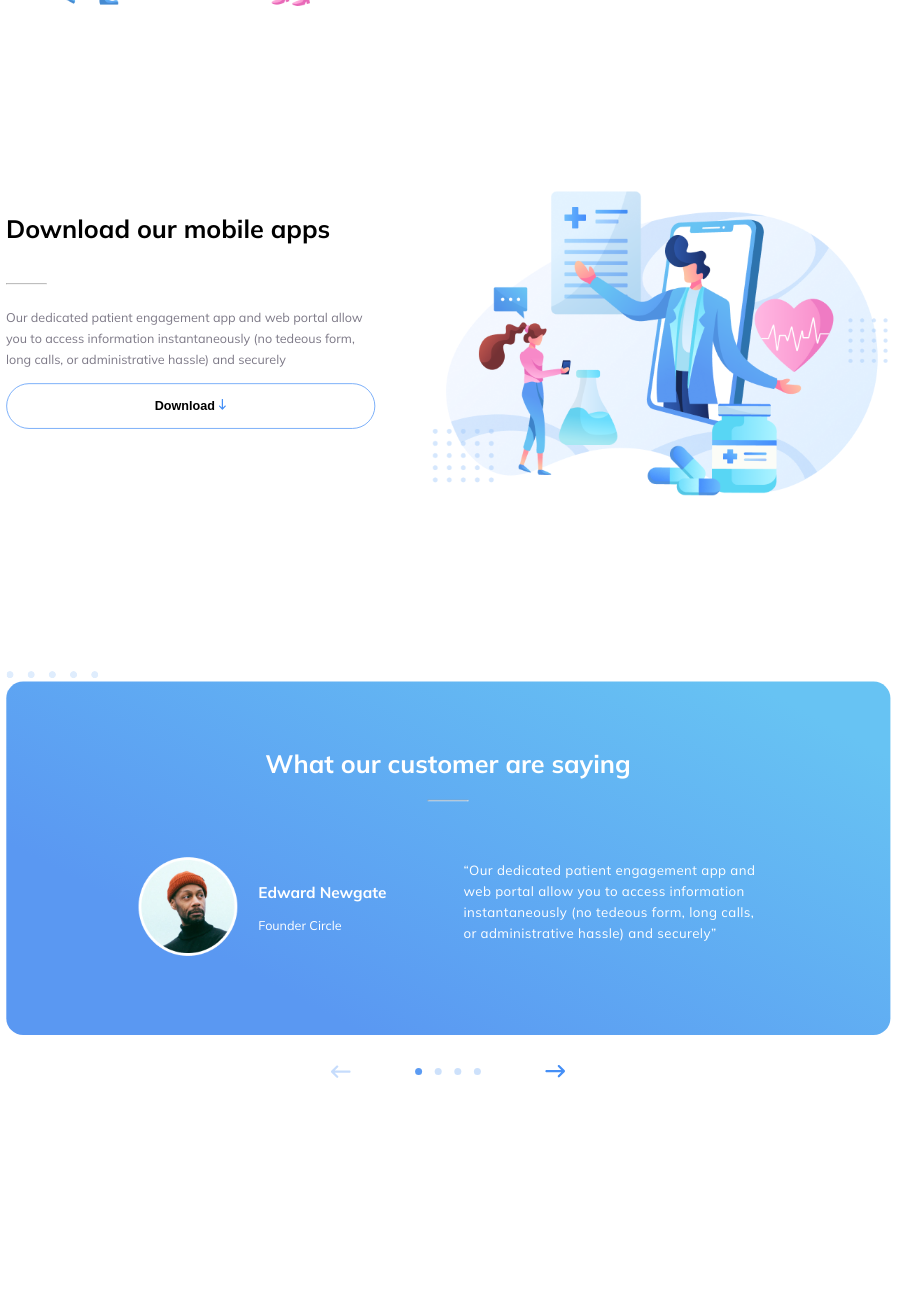
Repository: ivan-developer-01/trafalgar-layout
Page: index.html
These files come from the project's save history. The page is drawn as it stood at one moment and after the next save; the edit follows.
The browser window is 1280 px wide. The page is 1280 px wide, then 1319 px, so the pictures cover 1319 px, including what lies to the right of the window. The pictures show the part of the page from y = 2672 to 4552 px (the page is 4552 px tall), at 70% of full size.

Above is the page before, as saved 2024-11-09 11:25:03.

### index.html
<!DOCTYPE html>
<html lang="en">
<head>
	<meta charset="UTF-8">
	<meta http-equiv="X-UA-Compatible" content="IE=edge">
	<meta name="viewport" content="width=device-width, initial-scale=1.0">
	<title>Trafalgar Services</title>
	<link rel="preconnect" href="https://fonts.googleapis.com">
	<link rel="preconnect" href="https://fonts.gstatic.com" crossorigin>
	<link href="https://fonts.googleapis.com/css2?family=Mulish:ital,wght@0,200;0,300;0,400;0,500;0,600;0,700;0,800;0,900;1,200;1,300;1,400;1,500;1,600;1,700;1,800;1,900&display=swap" rel="stylesheet">
	<link rel="stylesheet" href="style.css">
</head>
<body>
	<header class="header">
		<div class="container">
			<!-- left part -->
			<div>
				<div class="logo">
					<img src="images/logo.png" alt="Trafalgar Logo">
				</div>
			</div>

			<!-- right part -->
			<div>
				<nav>
					<a href="#" class="nav__link nav__link-main">Home</a>
					<a href="#" class="nav__link">Find a doctor</a>
					<a href="#" class="nav__link">Apps</a>
					<a href="#" class="nav__link">Testimonials</a>
					<a href="#" class="nav__link">About us</a>
				</nav>
			</div>
		</div>
	</header>

	<main>
		<section class="main-info">
			<div class="container">
				<!-- left part -->
				<div>
					<h1>Virtual healthcare for you</h1>

					<p>Trafalgar provides progressive, and affordable healthcare, accessible on mobile and online for everyone</p>

					<button class="button round-button bg-blue">Consult today</button>
				</div>

				<!-- right part -->
				<div>
					<img src="images/hero.png" alt="Trafalgar hero image">
				</div>
			</div>

			<div class="overlay"></div>
		</section>

		<section class="our-services">
			<div class="container">
				<h2>Our services</h2>
				<hr>

				<p>We provide to you the best choiches for you. Adjust it to your health needs and make sure your undergo treatment with our highly qualified doctors you can consult with us which type of service is suitable for your health</p>

				<div class="cards">
					<div class="card">
						<img src="images/our-services/cards/search-doctor.svg" alt="Search doctor">
						<h3>Search doctor</h3>
						<p>Choose your doctor from thousands of specialist, general, and trusted hospitals</p>
					</div>
					<div class="card">
						<img src="images/our-services/cards/online-pharmacy.svg" alt="Online pharmacy">
						<h3>Online pharmacy</h3>
						<p>Buy  your medicines with our mobile application with a simple delivery system</p>
					</div>
					<div class="card">
						<img src="images/our-services/cards/consultation.svg" alt="Consultation">
						<h3>Consultation</h3>
						<p>Free consultation with our trusted doctors and get the best recomendations</p>
					</div>
					<div class="card">
						<img src="images/our-services/cards/details-info.svg" alt="Details info">
						<h3>Details info</h3>
						<p>Free consultation with our trusted doctors and get the best recomendations</p>
					</div>
					<div class="card">
						<img src="images/our-services/cards/emergency-care.svg" alt="Emergency care">
						<h3>Emergency care</h3>
						<p>You can get 24/7 urgent care for yourself or your children and your
lovely family</p>
					</div>
					<div class="card">
						<img src="images/our-services/cards/tracking.svg" alt="Tracking">
						<h3>Tracking</h3>
						<p>Track and save your medical history and health data</p>
					</div>
				</div>

				<button class="button round-button">Learn more</button>
			</div>

			<div class="overlay"></div>
			<div class="top-overlay"></div>
		</section>

		<section class="apps">
			<div class="container">
				<div class="flex-two-blocks">
					<!-- left part -->
					<div>
						<div class="image">
							<img src="images/apps/leading-healthcare-providers.png" alt="Leading healthcare providers">
						</div>
					</div>

					<!-- right part -->
					<div>
						<h2>Leading healthcare providers</h2>
						<hr>
						<p>
							Trafalgar provides progressive, and affordable healthcare, accessible on mobile and online for everyone. To us, it’s not just work. We take pride in the solutions we deliver
						</p>

						<button class="button round-button">Learn more</button>
					</div>
				</div>

				<div class="flex-two-blocks">
					<!-- left part -->
					<div>
						<h2>Download our mobile apps</h2>
						<hr>
						<p>
							Our dedicated patient engagement app and web portal allow you to access information instantaneously (no tedeous form, long calls, or administrative hassle) and securely
						</p>

						<button class="button round-button">Download
							<img src="images/arrow-download.svg" alt="Download icon">
						</button>
					</div>

					<!-- right part -->
					<div>
						<div class="image">
							<img src="images/apps/mobile-apps.png" alt="Mobile apps">
						</div>
					</div>
				</div>
			</div>
		</section>

		<section class="reviews">
			<div class="container">
				<div class="review-slider-container">
					<h2>What our customer are saying</h2>
					<hr>
					<div class="review-slider">
						<div class="review">
							<div class="review-user">
								<div><img src="images/reviews/avatars/avatar-1.png" alt="Avatar" class="avatar"></div>
								<div class="user-credentials">
									<h3>Edward Newgate</h3>
									<span>Founder Circle</span>
								</div>
							</div>

							<div class="review-text">
								<p>
									“Our dedicated patient engagement app and web portal allow you to access information instantaneously (no tedeous form, long calls, or administrative hassle) and securely”
								</p>
							</div>
						</div>
					</div>
				</div>

				<div class="dots">
					<div class="arrow-container-left">
						<div class="arrow-left"></div>
					</div>
					<div class="dot active"></div>
					<div class="dot"></div>
					<div class="dot"></div>
					<div class="dot"></div>
					<div class="arrow-container-right">
						<div class="arrow-right"></div>
					</div>
				</div>
			</div>
		</section>
	</main>
</body>
</html>

### style.css
html,
body {
	width: 100vw;
	margin: 0;
	padding: 0;
	font-family: 'Mulish', sans-serif;
}

.container {
	width: 100%;
	max-width: 1263px;
	margin: 0 auto;
}

section hr {
	width: 56px;
	margin-top: 26px;
	margin-bottom: 33px;
}

h1 {
	font-size: 48px;
}

h3 {
	font-size: 24px;
}

p {
	color: #7D7987;
	margin-top: 0;
}

.button {
	/* appearance: none; */
	border: 1px solid #458FF6;
	background: transparent;
	cursor: pointer;
	font-weight: 700;
	font-size: 18px;
	padding: 21px 41px;
}

.button.round-button {
	border-radius: 999px;
}

.bg-blue {
	background-color: #458FF6;
	color: #FFF;
}

/* header */
.header {
	padding-top: 56px;
}

.header .container {
	display: flex;
	justify-content: space-between;
	align-items: center;
}

.header nav {
	display: flex;
	gap: 40px;
	font-size: 18px;
}

.header nav a {
	text-decoration: none;
	color: #8f8a9a;
}

.header .nav__link-main {
	color: #1F1534;
}
/* /header */

/* main-info */
.main-info {
	position: relative;
}

.main-info .overlay {
	position: absolute;
	top: 0;
	left: 0;
	right: 0;
	bottom: 0;
	background-image: url(images/main-info-overlay.png);
	background-repeat: no-repeat;
	z-index: -1;
}

.main-info .container {
	display: flex;
	justify-content: space-between;
	align-items: center;
	gap: 109px;
}

.main-info p {
	font-size: 21px;
	line-height: 32px;
	margin-top: 25px;
	margin-bottom: 45px;
}
/* /main-info */

/* our-services */
.our-services {
	margin-top: 190px;
	position: relative;
}

.our-services .overlay,
.our-services .top-overlay {
	position: absolute;
	right: 0;
	bottom: 0;
	left: 0;
	background-repeat: no-repeat;
	z-index: -1;
	pointer-events: none;
}

.our-services .overlay {
	top: calc(20% - 44px);
	background-image: url(images/our-services/our-services-overlay.svg);
}

.our-services .top-overlay {
	top: 46%;
	left: 76%;
	background-image: url(images/our-services/our-services-top-overlay.svg);
}

.our-services .container {
	text-align: center;
}

.our-services p {
	max-width: 952px;
	margin: 0 auto;
}

.our-services .cards {
	display: grid;
	grid-template-columns: repeat(3, 1fr);
	gap: 34px;
	margin-top: 80px;
	position: relative;
	background: transparent;
}

.our-services .cards .card {
	box-shadow: 10px 40px 50px 0px #E5E9F666;
	/* top right bottom left */
	width: calc(350px - 52px - 36px);
	height: calc(354px - 58px - 47px);
	border-radius: 20px;
	padding: 58px 52px 47px 36px;
	text-align: left;
	background: #FFF;
	z-index: 1;
}

.our-services .cards .card p {
	font-size: 16px;
	line-height: 28px;
}

.our-services .cards .card h3 {
	margin-top: 36.25px;
}

.our-services .button {
	margin-top: 72px;
	color: #458FF6;
	border-width: 1.4px;
	min-width: 200px;
}
/* /our-services */

/* apps */
.apps {
	margin-top: 220px;
}

.apps .container {
	display: grid;
	gap: 265px;
}

.apps .flex-two-blocks {
	display: flex;
}

.apps .flex-two-blocks div {
	display: flex;
	flex-direction: column;
}

.apps .flex-two-blocks h2 {
	font-size: 36px;
}

.apps .flex-two-blocks hr {
	text-align: left;
	width: 56px;
	margin-left: 0;
	margin-right: 0;
}

.apps .flex-two-blocks p {
	font-size: 18px;
	line-height: 30px;
}

.apps .flex-two-blocks:first-child {
	gap: 137px;
}

.apps .flex-two-blocks:last-child {
	gap: 71px;
}
/* /apps */

/* reviews */
.reviews {
	margin-top: 266px;
	margin-bottom: 340px /* *? BUGGY DEBUGGY BIG BUG */;
}

.reviews .review-slider-container {
	background: linear-gradient(208.18deg, #67C3F3 9.05%, #5A98F2 76.74%);
	color: white;
	text-align: center;
	padding-top: 64px;
	padding-bottom: 109px;
	border-radius: 24px;
}

.reviews hr {
	color: white;
}

.reviews h2 {
	font-size: 36px;
}

.review-slider .review {
	display: flex;
	justify-content: center;
	align-items: center;
	gap: 110px;
	margin-top: 80px;
}

.review-slider .review .review-user {
	display: flex;
	align-items: center;
	justify-content: center;
	gap: 30px;
	text-align: left;
}

.review-slider .review .review-user .user-credentials h3 {
	font-size: 22px;
	margin-top: 0;
}

.review-slider .review .review-user .user-credentials span {
	font-size: 18px;
}

.review-slider .review .review-text {
	text-align: left;
	max-width: 420px;
}

.review-slider .review .review-text p {
	color: white;
	font-size: 19px;
	letter-spacing: 0.6px;
	line-height: 30px;
}

.reviews .dots {
	display: flex;
	justify-content: center;
	align-items: center;
	margin-top: 42px;
}

.reviews .dot {
	background: #5B9BF3;
	width: 10px;
	height: 10px;
	opacity: 0.3;
	border-radius: 50%;
	cursor: pointer;
	transition: 0.1s ease-in-out;
}

.reviews .dot+.dot {
	margin-left: 18px;
}

.reviews .dot.active,
.reviews .dot:hover {
	opacity: 1;
}

.reviews .dot:active {
	filter: brightness(0.5);
}

.reviews .arrow-left,
.reviews .arrow-right {
	background: url(images/reviews/arrow-right.svg) no-repeat;
	width: 31px;
	height: 20px;
	cursor: pointer;
	transition: 0.1s ease-in-out;
}

.reviews .arrow-left:hover,
.reviews .arrow-right:hover {
	opacity: 1;
}

.reviews .arrow-left:active,
.reviews .arrow-right:active {
	filter: brightness(0.5);
}

.reviews .arrow-left {
	opacity: 0.3;
	transform: rotate(180deg);
}

.reviews .arrow-container-left {
	margin-right: 90px;
}

.reviews .arrow-container-right {
	margin-left: 90px;
}

.reviews .container {
	position: relative;
}

.reviews .container::before {
	bottom: 109px;
	left: -50px;
}

.reviews .container::after {
	top: -15px;
	right:
}

.reviews .container::before,
.reviews .container::after {
	content: '';
	position: absolute;
	width: 132px;
	height: 115px;
	background-image: url(images/overlay.svg);
	background-repeat: no-repeat;
	z-index: -1;
}
/* /reviews */

After the next save:
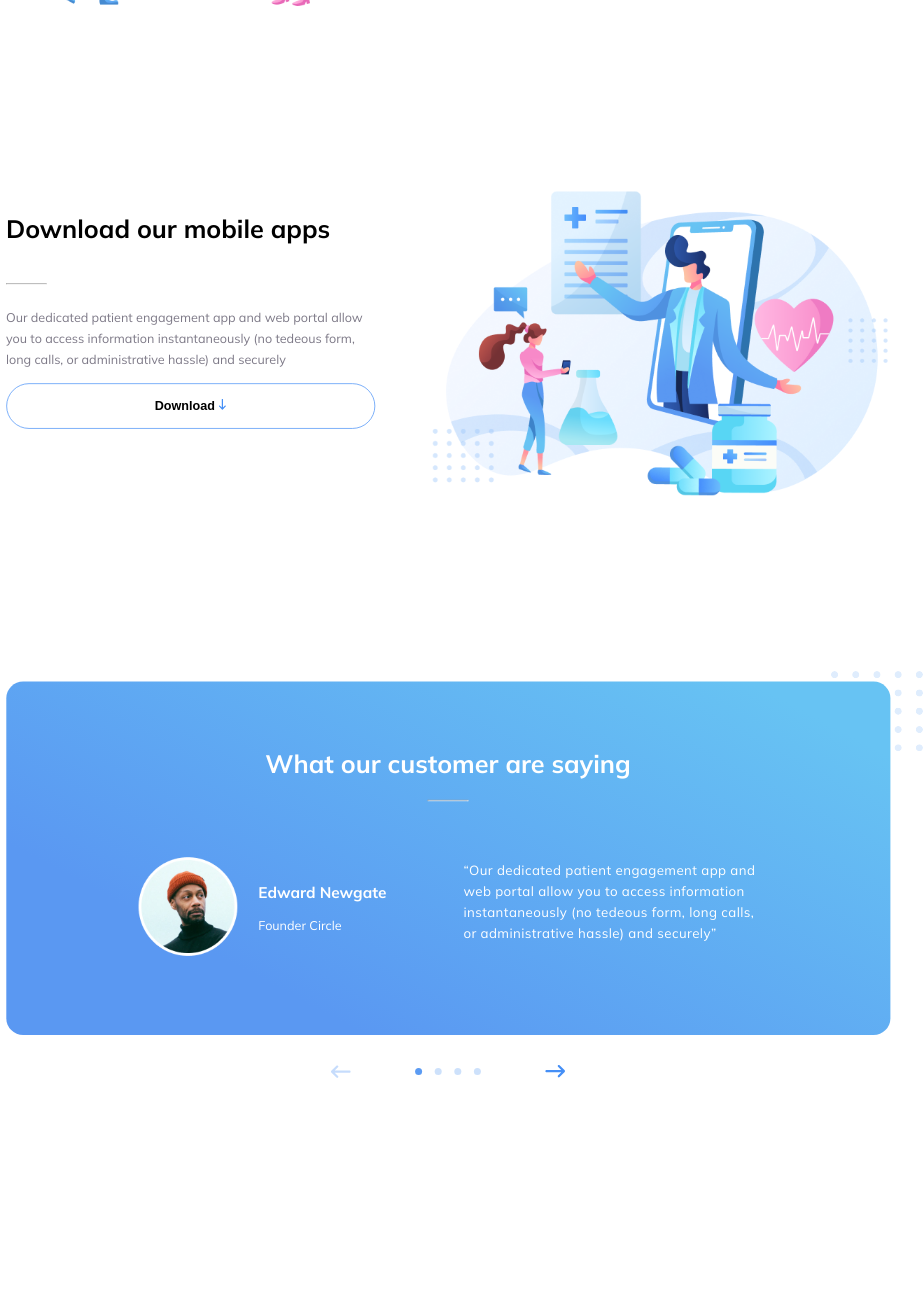
Saved 23 s later.
--- a/style.css
+++ b/style.css
@@ -360,7 +360,7 @@ p {
 
 .reviews .container::after {
 	top: -15px;
-	right:
+	right: -47px;
 }
 
 .reviews .container::before,
